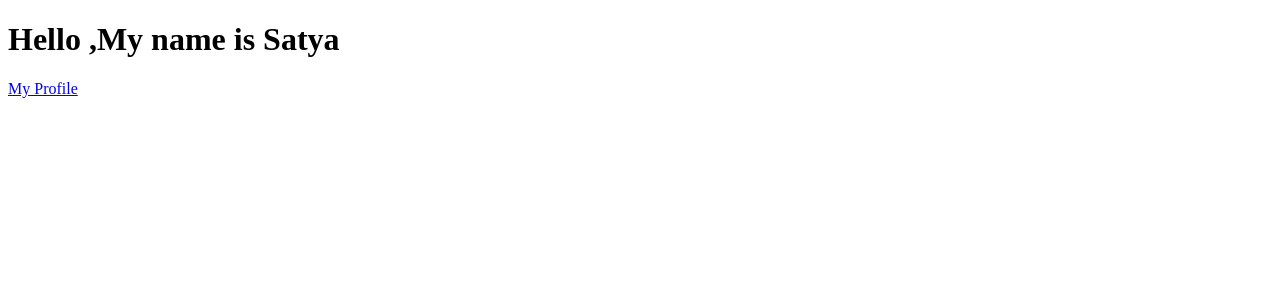
Repository: theplaygod97/Deloitte
Page: Day 16/SpringMVCDemo1/WebContent/index.html
An editor plug-in stored every save of this project. The page is shown before and after the next save, followed by the edit.
The browser window is 1280 px wide. The pictures show the whole page.

Above is the page before, as saved 2020-01-13 09:02:18.

### Day 16/SpringMVCDemo1/WebContent/index.html
<!DOCTYPE html>
<html>
<head>
<meta charset="ISO-8859-1">
<title>Insert title here</title>
</head>
<body>
<h1>Hello ,My name is Satya</h1>
<a href="profile.html">My Profile</a>
</body>
</html>

After the next save:
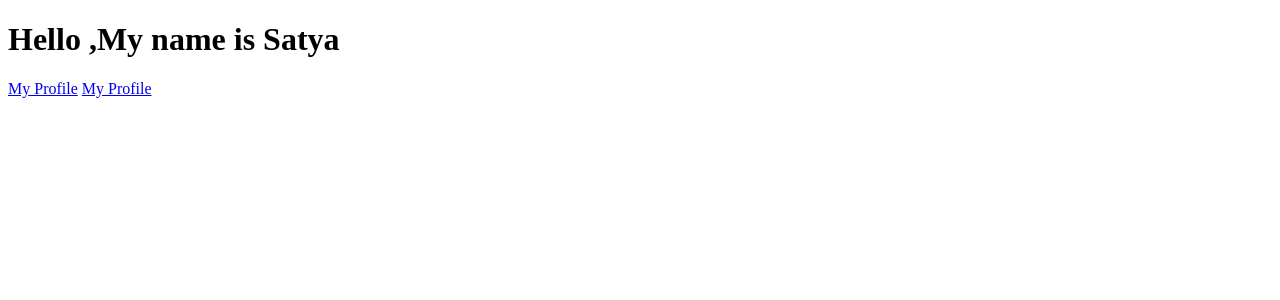
Saved 5 min 55 s later.
--- a/Day 16/SpringMVCDemo1/WebContent/index.html
+++ b/Day 16/SpringMVCDemo1/WebContent/index.html
@@ -7,5 +7,6 @@
 <body>
 <h1>Hello ,My name is Satya</h1>
 <a href="profile.html">My Profile</a>
+<a href="profile.do">My Profile</a>
 </body>
 </html>
